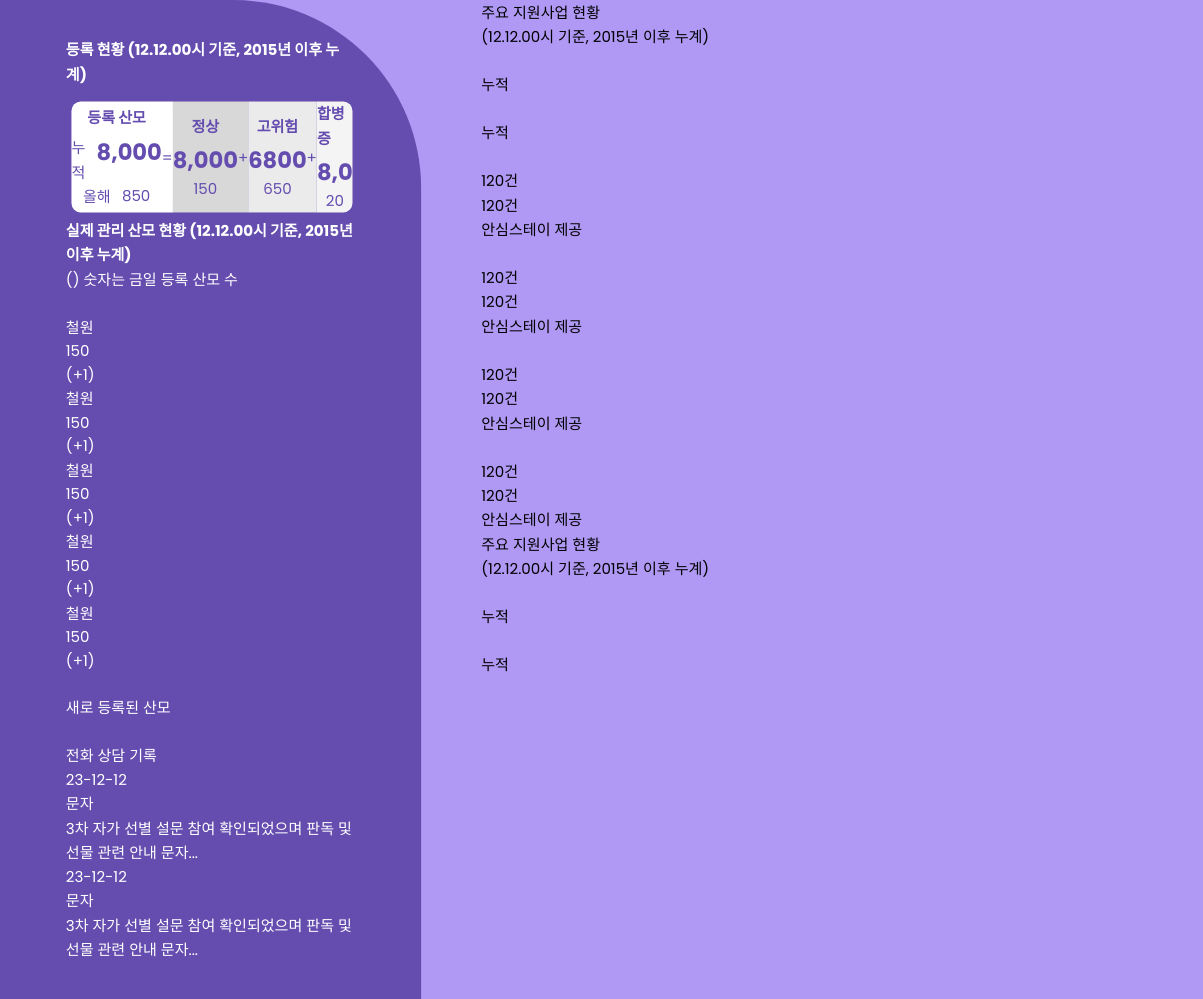
Repository: giapchicuong/Perganancy_Web
Page: index.html
An editor plug-in stored every save of this project. The page is shown before and after the next save, followed by the edit.
The browser window is 1280 px wide. The pictures show the whole page, at 94% of full size.

Above is the page before, as saved 2024-03-06 14:00:04.

### index.html
<!DOCTYPE html>
<html lang="en">

<head>
    <meta charset="UTF-8">
    <meta name="viewport" content="width=device-width, initial-scale=1.0">
    <title>Perganancy Web</title>
    <link rel="stylesheet" href="./assets/base.css">
    <link rel="stylesheet" href="./assets/style.css">
</head>

<body>
    <!-- .block -->
    <!-- .block__element -->
    <!-- .block__element--modifier -->
    <!-- card
    card__image
    card__description
    card__button--submit
    card__button--cancel -->
    <div class="app">
        <div class="main">
            <section class="advertising">
                <div class="advertising-left">
                    <div class="advertising-left--top">
                        <div class="advertising-left__title">등록 현황 (12.12.00시 기준, 2015년 이후 누계)</div>
                        <div class="advertising-left__item-list">
                            <div class="advertising-left__item1">
                                <div class="advertising-left__item--signal">
                                    <div class="advertising-left__item--white">
                                        <div class="advertising-left__item-title">등록 산모</div>
                                        <div class="advertising-left__item-desc">
                                            <div class="advertising-left__item-desc-text">누적</div>
                                            <div class="advertising-left__item-desc-number">8,000</div>
                                        </div>
                                    </div>
                                    <div class="advertising-left__item-bottom">
                                        <div class="advertising-left__item-bottom-text">올해</div>
                                        <div class="advertising-left__item-bottom-number">850</div>
                                    </div>
                                </div>
                                <div class="calculation">=</div>
                            </div>
                            <div class="advertising-left__item2">
                                <div class="advertising-left__item--signal">
                                    <div class="advertising-left__item--white">
                                        <div class="advertising-left__item-title">정상</div>
                                        <div class="advertising-left__item-desc">
                                            <div class="advertising-left__item-desc-number">8,000</div>
                                        </div>
                                    </div>
                                    <div class="advertising-left__item-bottom">
                                        <div class="advertising-left__item-bottom-number">150</div>
                                    </div>
                                </div>
                                <div class="calculation">+</div>
                            </div>
                            <div class="advertising-left__item3">
                                <div class="advertising-left__item--signal">
                                    <div class="advertising-left__item--white">
                                        <div class="advertising-left__item-title">고위험</div>
                                        <div class="advertising-left__item-desc">
                                            <div class="advertising-left__item-desc-number">6800</div>
                                        </div>
                                    </div>
                                    <div class="advertising-left__item-bottom">
                                        <div class="advertising-left__item-bottom-number">650</div>
                                    </div>
                                </div>
                                <div class="calculation">+</div>
                            </div>
                            <div class="advertising-left__item4">
                                <div class="advertising-left__item--signal">
                                    <div class="advertising-left__item--white">
                                        <div class="advertising-left__item-title">합병증</div>
                                        <div class="advertising-left__item-desc">
                                            <div class="advertising-left__item-desc-number">8,0</div>
                                        </div>
                                    </div>
                                    <div class="advertising-left__item-bottom">
                                        <div class="advertising-left__item-bottom-number">20</div>
                                    </div>
                                </div>
                            </div>
                        </div>
                    </div>
                    <div class="advertising-left__title">실제 관리 산모 현황 (12.12.00시 기준, 2015년 이후 누계)</div>
                    <div class="advertising-left__desc">() 숫자는 금일 등록 산모 수</div>
                    <div class="advertising-left__map">
                        <img src="" alt="" class="advertising-left__map-image">
                        <div class="advertising-left__map-item-list-top">
                            <div class="advertising-left__map-item">
                                <div class="advertising-left__map-item-title">철원</div>
                                <div class="advertising-left__map-item-number">150</div>
                                <div class="advertising-left__map-item-desc">(+1)</div>
                            </div>
                            <div class="advertising-left__map-item">
                                <div class="advertising-left__map-item-title">철원</div>
                                <div class="advertising-left__map-item-number">150</div>
                                <div class="advertising-left__map-item-desc">(+1)</div>
                            </div>
                        </div>
                        <div class="advertising-left__map-item-list-center">
                            <div class="advertising-left__map-item">
                                <div class="advertising-left__map-item-title">철원</div>
                                <div class="advertising-left__map-item-number">150</div>
                                <div class="advertising-left__map-item-desc">(+1)</div>
                            </div>
                            <div class="advertising-left__map-item">
                                <div class="advertising-left__map-item-title">철원</div>
                                <div class="advertising-left__map-item-number">150</div>
                                <div class="advertising-left__map-item-desc">(+1)</div>
                            </div>
                        </div>
                        <div class="advertising-left__map-item-list-botom">
                            <div class="advertising-left__map-item">
                                <div class="advertising-left__map-item-title">철원</div>
                                <div class="advertising-left__map-item-number">150</div>
                                <div class="advertising-left__map-item-desc">(+1)</div>
                            </div>
                        </div>
                    </div>
                    <div class="advertising-left__box">
                        <div class="advertising-left__box-title">
                            <img src="" alt="" class="advertising-left__box-title-icon">
                            <div class="advertising-left__box-title-text">새로 등록된 산모</div>
                        </div>
                        <div class="advertising-left__box-message-list">
                            <div class="advertising-left__box-message-item">
                                <div class="advertising-left__box-message-item-date"></div>
                                <div class="advertising-left__box-message-item-text"></div>
                            </div>
                        </div>
                    </div>
                    <div class="advertising-left__box">
                        <div class="advertising-left__box-title">
                            <img src="" alt="" class="advertising-left__box-title-icon">
                            <div class="advertising-left__box-title-text">전화 상담 기록</div>
                        </div>
                        <div class="advertising-left__box-message-list">
                            <div class="advertising-left__box-message-item">
                                <div class="advertising-left__box-message-item-date">23-12-12</div>
                                <div class="advertising-left__box-message-item-name">문자</div>
                                <div class="advertising-left__box-message-item-text">3차 자가 선별 설문 참여 확인되었으며 판독 및 선물 관련 안내
                                    문자...</div>
                            </div>
                            <div class="advertising-left__box-message-item">
                                <div class="advertising-left__box-message-item-date">23-12-12</div>
                                <div class="advertising-left__box-message-item-name">문자</div>
                                <div class="advertising-left__box-message-item-text">3차 자가 선별 설문 참여 확인되었으며 판독 및 선물 관련 안내
                                    문자...</div>
                            </div>
                        </div>
                    </div>
                </div>
                <div class="advertising-right">
                    <div class="advertising-right-item">
                        <div class="advertising-right-item-top">
                            <div class="advertising-right-item-top-left">
                                <div class="advertising-right-item-top__title">주요 지원사업 현황</div>
                                <div class="advertising-right-item-top__desc">(12.12.00시 기준, 2015년 이후 누계)</div>
                            </div>
                            <div class="advertising-right-item-top-right">
                                <div class="advertising-right-item-top-item">
                                    <img src="" alt="" class="advertising-right-item-top-item__icon">
                                    <div class="advertising-right-item-top-item__text">누적</div>
                                </div>
                                <div class="advertising-right-item-top-item">
                                    <img src="" alt="" class="advertising-right-item-top-item__icon">
                                    <div class="advertising-right-item-top-item__text">누적</div>
                                </div>
                            </div>
                        </div>
                        <div class="advertising-right-item-card-list">
                            <div class="advertising-right-item-card">
                                <div class="advertising-right-item-card-provide">
                                    <img src="" alt="" class="advertising-right-item-card__image">
                                    <div class="advertising-right-item-card__image-number">
                                        <div class="advertising-right-item-card__image-number-large">120건</div>
                                        <div class="advertising-right-item-card__image-number-small">120건</div>
                                    </div>
                                </div>
                                <div class="advertising-right-item-card-content">안심스테이 제공</div>
                            </div>
                            <div class="advertising-right-item-card">
                                <div class="advertising-right-item-card-provide">
                                    <img src="" alt="" class="advertising-right-item-card__image">
                                    <div class="advertising-right-item-card__image-number">
                                        <div class="advertising-right-item-card__image-number-large">120건</div>
                                        <div class="advertising-right-item-card__image-number-small">120건</div>
                                    </div>
                                </div>
                                <div class="advertising-right-item-card-content">안심스테이 제공</div>
                            </div>
                            <div class="advertising-right-item-card">
                                <div class="advertising-right-item-card-provide">
                                    <img src="" alt="" class="advertising-right-item-card__image">
                                    <div class="advertising-right-item-card__image-number">
                                        <div class="advertising-right-item-card__image-number-large">120건</div>
                                        <div class="advertising-right-item-card__image-number-small">120건</div>
                                    </div>
                                </div>
                                <div class="advertising-right-item-card-content">안심스테이 제공</div>
                            </div>
                            <div class="advertising-right-item-card">
                                <div class="advertising-right-item-card-provide">
                                    <img src="" alt="" class="advertising-right-item-card__image">
                                    <div class="advertising-right-item-card__image-number">
                                        <div class="advertising-right-item-card__image-number-large">120건</div>
                                        <div class="advertising-right-item-card__image-number-small">120건</div>
                                    </div>
                                </div>
                                <div class="advertising-right-item-card-content">안심스테이 제공</div>
                            </div>
                        </div>
                    </div>
                    <div class="advertising-right-item">
                        <div class="advertising-right-item-top">
                            <div class="advertising-right-item-top-left">
                                <div class="advertising-right-item-top__title">주요 지원사업 현황</div>
                                <div class="advertising-right-item-top__desc">(12.12.00시 기준, 2015년 이후 누계)</div>
                            </div>
                            <div class="advertising-right-item-top-right">
                                <div class="advertising-right-item-top-item">
                                    <img src="" alt="" class="advertising-right-item-top-item__icon">
                                    <div class="advertising-right-item-top-item__text">누적</div>
                                </div>
                                <div class="advertising-right-item-top-item">
                                    <img src="" alt="" class="advertising-right-item-top-item__icon">
                                    <div class="advertising-right-item-top-item__text">누적</div>
                                </div>
                            </div>
                        </div>
                        <div class="advertising-right-item__btn-list">
                            <div class="advertising-right-item__btn-item">
                                <div class="advertising-right-item__btn">
                                    <img src="" alt="" class="advertising-right-item__btn-icon" />
                                    <div class="advertising-right-item__btn-text"></div>
                                    <div class="advertising-right-item__btn-notification"></div>
                                </div>
                                <div class="advertising-right-item__btn-content"></div>
                            </div>
                            <div class="advertising-right-item__btn-item">
                                <div class="advertising-right-item__btn">
                                    <img src="" alt="" class="advertising-right-item__btn-icon" />
                                    <div class="advertising-right-item__btn-text"></div>
                                    <div class="advertising-right-item__btn-notification"></div>
                                </div>
                                <div class="advertising-right-item__btn-content"></div>
                            </div>
                            <div class="advertising-right-item__btn-item">
                                <div class="advertising-right-item__btn">
                                    <img src="" alt="" class="advertising-right-item__btn-icon" />
                                    <div class="advertising-right-item__btn-text"></div>
                                    <div class="advertising-right-item__btn-notification"></div>
                                </div>
                                <div class="advertising-right-item__btn-content"></div>
                            </div>
                            <div class="advertising-right-item__btn-item">
                                <div class="advertising-right-item__btn">
                                    <img src="" alt="" class="advertising-right-item__btn-icon" />
                                    <div class="advertising-right-item__btn-text"></div>
                                    <div class="advertising-right-item__btn-notification"></div>
                                </div>
                                <div class="advertising-right-item__btn-content"></div>
                            </div>
                        </div>
                    </div>
                    <div class="advertising-right-item">
                        <div class="advertising-right-item-left">
                            <div class="advertising-right-item-left-text">
                                <div class="advertising-right-item-left__title"></div>
                                <div class="advertising-right-item-desc"></div>
                            </div>
                            <div class="advertising-right-item-number"></div>
                        </div>
                        <div class="advertising-right-item-right">

                        </div>
                    </div>
                    <div class="advertising-right-item">
                        <div class="advertising-right-item-message-list">
                            <div class="advertising-right-item-message-item">
                                <div class="advertising-right-item-message-text">
                                    <div class="advertising-right-item-message__title"></div>
                                    <div class="advertising-right-item-message__desc"></div>
                                </div>
                                <div class="advertising-right-item-message-number">
                                    <div class="advertising-right-item-message-number-icon"></div>
                                    <div class="advertising-right-item-message-number-text"></div>
                                    <div class="advertising-right-item-message-number-case"></div>
                                </div>
                            </div>
                            <div class="advertising-right-item-message-item">
                                <div class="advertising-right-item-message-text">
                                    <div class="advertising-right-item-message__title"></div>
                                    <div class="advertising-right-item-message__desc"></div>
                                </div>
                                <div class="advertising-right-item-message-number">
                                    <div class="advertising-right-item-message-number-icon"></div>
                                    <div class="advertising-right-item-message-number-text"></div>
                                    <div class="advertising-right-item-message-number-case"></div>
                                </div>
                            </div>
                        </div>
                    </div>
                </div>
            </section>
        </div>
    </div>
</body>

</html>

### assets/base.css
@import url('https://fonts.googleapis.com/css2?family=Poppins:ital,wght@0,100;0,200;0,300;0,400;0,500;0,600;0,700;0,800;0,900;1,100;1,200; 1.300;1.400;1.500;1.600;1.700;1.800;1.900&display=swap');

* {
    margin: 0;
    padding: 0;
    box-sizing: border-box;
    font-family: 'Poppins' , sans-serif;
    background-repeat: no-repeat;
    background-position: 40% ;
}
html, body {
    width: 100%;
    height: 100%;
    background-attachment: fixed;
    /* background-size: cover; */
}
:root {
    --primary: #644DAF;
    --secondary: #AF99F4;
    --purple: #E7E3FF;
    --lightPurple: #E6E6FA;
    --pink: #EF9C98;
    --white: #FFFFFF;
    --gray: #D8D8D8;
    --gray2: #EBEBEB;
    --gray3: #F4F4F4;
}

### assets/style.css
.advertising {
    display: flex;
    gap: 0% 5%;

}
.main {
    background-color: var(--secondary);
    height: 100%;
    background-size: cover;
}
.advertising-left {
    width: 35%;
    background-color: var(--primary);
    border-top-right-radius: 200px 200px;
    color: var(--white);
    padding: 40px 70px;
}
.advertising-left--top{
    display: flex;
    flex-direction: column;
    gap: 10px;
}
.advertising-left__title{
    font-weight: bold;

}
.advertising-left__item-list{
    display: flex;
    width: 100%;
    padding: 6px;
}
.advertising-left__item1{
    display: flex;
    flex-grow: 6;
    justify-content: center;
    align-items: center;
    width: 50%;
    background-color: var(--white);
    color: var(--primary);
    border-top-left-radius: 10px;
    border-bottom-left-radius: 10px;
}
.advertising-left__item2 {
    display: flex;
    flex-grow: 2;
    /* flex-direction: column; */
    justify-content: center;
    align-items: center;
    width: 50%;
    background-color: var(--gray);
    color: var(--primary)
}
.advertising-left__item3 {
    display: flex;
    flex-grow: 2;
    /* flex-direction: column; */
    justify-content: center;
    align-items: center;
    width: 50%;
    background-color: var(--gray2);
    color: var(--primary)
}
.advertising-left__item4 {
    display: flex;
    flex-grow: 2;
    justify-content: center;
    align-items: center;
    width: 50%;
    background-color: var(--gray3);
    color: var(--primary);
    border-top-right-radius: 10px;
    border-bottom-right-radius: 10px;
}
.advertising-left__item--signal{
    display: flex;
    flex-direction: column;
    justify-content: center;
    align-items: center;
}
.advertising-left__item--white{
    display: flex;
    gap: 6px 0px;
    flex-direction: column;
    justify-content: center;
    align-items: center;
}
.advertising-left__item{

}
.advertising-left__item-title{
    font-weight: bold;
    font-size: 16px;
}
.advertising-left__item-desc{
    display: flex;
    gap: 12px;
}
.advertising-left__item-desc-text{

}
.advertising-left__item-desc-number{
    font-size: 24px;
    font-weight: bold;
}
.advertising-left__item-bottom{
    display: flex;
    gap: 12px;
}

After the next save:
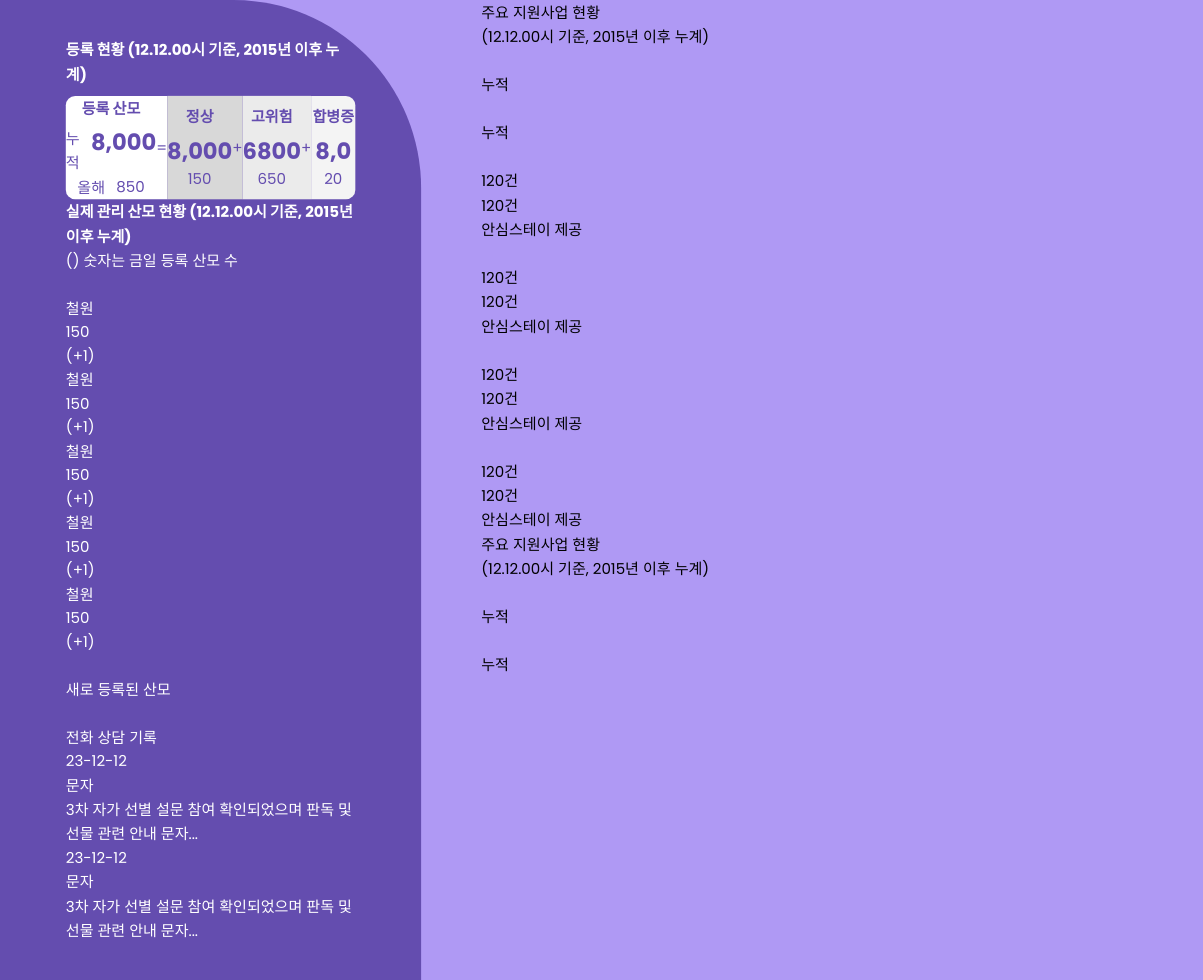
Saved 70 min 33 s later.
--- a/assets/style.css
+++ b/assets/style.css
@@ -27,7 +27,6 @@
 .advertising-left__item-list{
     display: flex;
     width: 100%;
-    padding: 6px;
 }
 .advertising-left__item1{
     display: flex;
